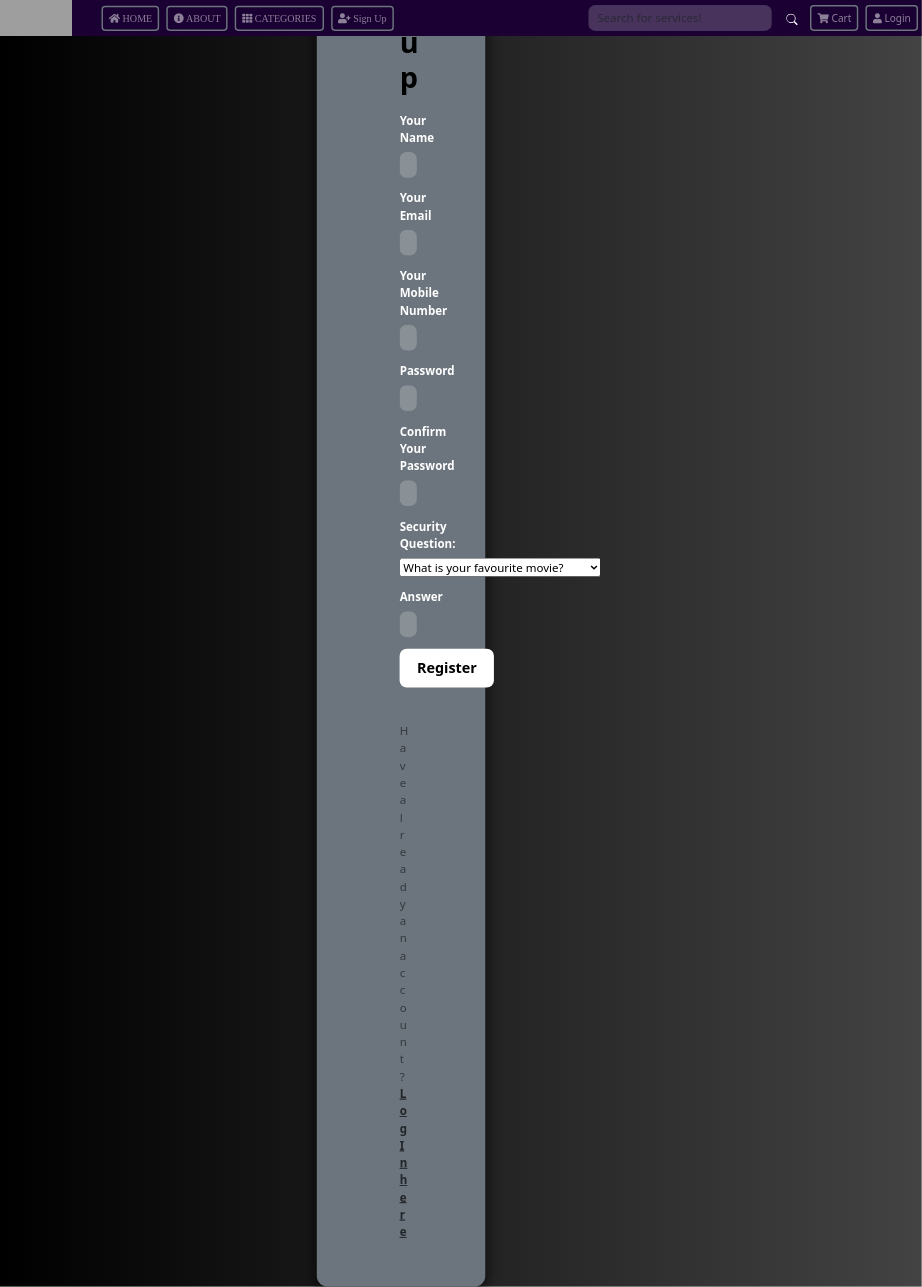
Repository: Ishanibmk/MOVIOT---An-OTT-Platform-using-Java-and-Springboot
Page: http://localhost/OTT/WEB-INF/view/signup.jsp
The author's editor kept a copy of each file at every save. The page is drawn from the files as they stood at one save, then again after the next save.
The browser window is 1280 px wide. The pictures show the whole page, at 72% of full size.
Pictures or frames that could not be fetched are drawn as grey boxes. Some web libraries are served in a nearby version. The page is served by Tomcat 9. Nobody is signed in. The template is opened directly, without the code that normally fills it, so the values that code supplies are empty.

Above is the page before, as saved 2024-03-02 14:23:14.

After the next save:
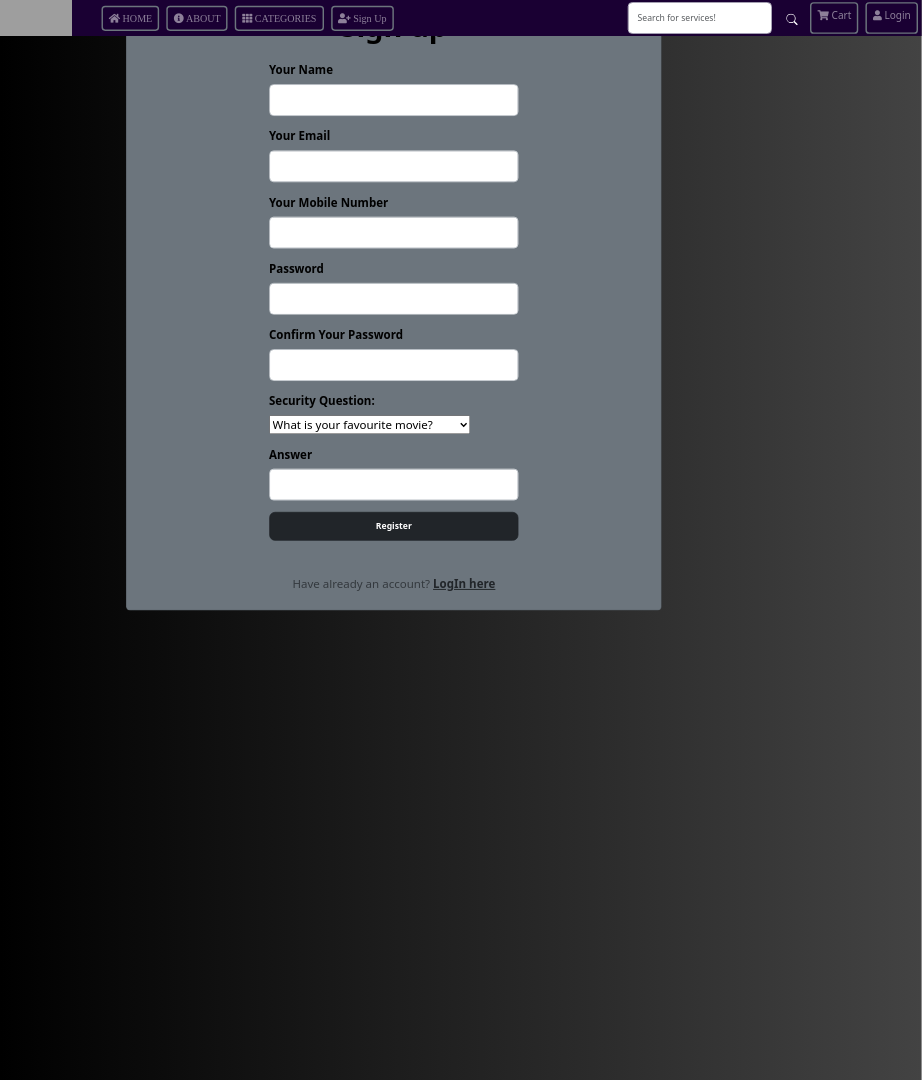
Saved 37 s later.
--- a/Moviot/MOVIOT-main/ott/OTT/src/main/webapp/WEB-INF/view/signup.jsp
+++ b/Moviot/MOVIOT-main/ott/OTT/src/main/webapp/WEB-INF/view/signup.jsp
@@ -16,35 +16,28 @@
             min-height: 100vh; /* Ensure the background covers the full viewport height */
             margin: 0; /* Remove default margin */
             padding-top: 50px; /* Add padding on top */
+        }
+        .form-container {
             display: flex;
             justify-content: center;
             align-items: center;
+            height: calc(100vh - 50px); /* Full viewport height minus padding */
         }
         .card {
-            background-color: rgba(255, 255, 255, 0.1);
-            border: none;
-            border-radius: 15px;
-            box-shadow: 0px 0px 15px 5px rgba(0, 0, 0, 0.5);
-            padding: 40px;
-            max-width: 400px;
-            width: 80%;
+        padding-top: 50px;
+            max-width: calc(16vh * 9); /* Set maximum width for the card based on 9:16 ratio */
+            width: 80%; /* Adjust the width of the card */
         }
         .form-label {
-            color: #ffffff;
+            font-size: 16px; /* Adjust font size of form labels */
         }
         .form-control {
-            background-color: rgba(255, 255, 255, 0.2);
-            color: #ffffff;
-            border: none;
-            border-radius: 10px;
+            font-size: 12px; /* Adjust font size of form input fields */
+            padding: 12px; /* Adjust padding of form input fields */
         }
         .btn-lg {
-            background-color: #ffffff;
-            color: #000000;
-            border: none;
-            border-radius: 10px;
-            font-weight: bold;
-            padding: 12px 24px;
+            font-size: 12px; /* Adjust font size of buttons */
+            padding: 10px 20px; /* Adjust padding of buttons */
         }
     </style>
 </head>
